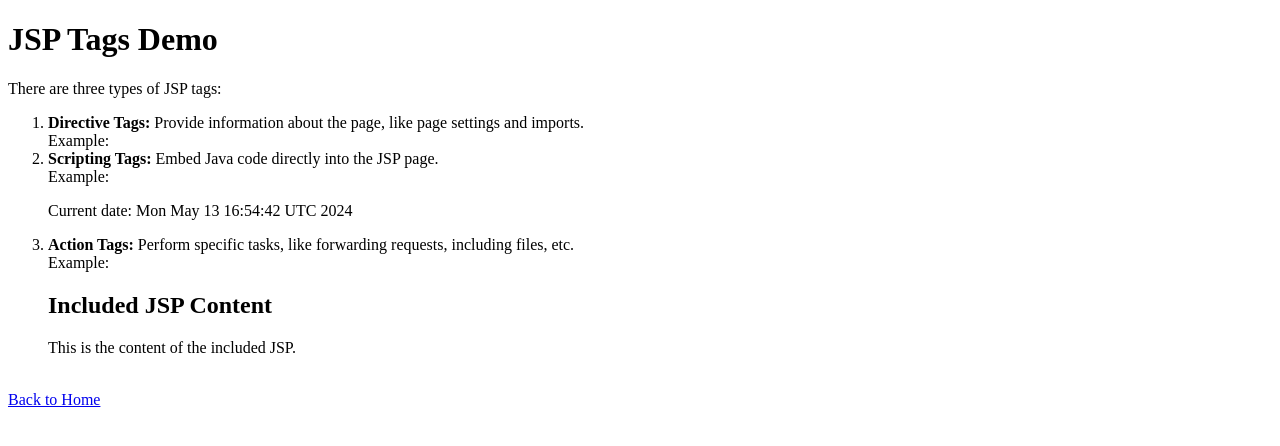
Repository: harshitp9989/ServletsAndJSP
Page: http://localhost/JSPProject/pages/JspTagsDemo.jsp
An editor plug-in stored every save of this project. The page is shown before and after the next save, followed by the edit.
The browser window is 1280 px wide. The pictures show the whole page.
The page is served by Tomcat 9.

Above is the page before, as saved 2024-05-15 16:31:08.

After the next save:
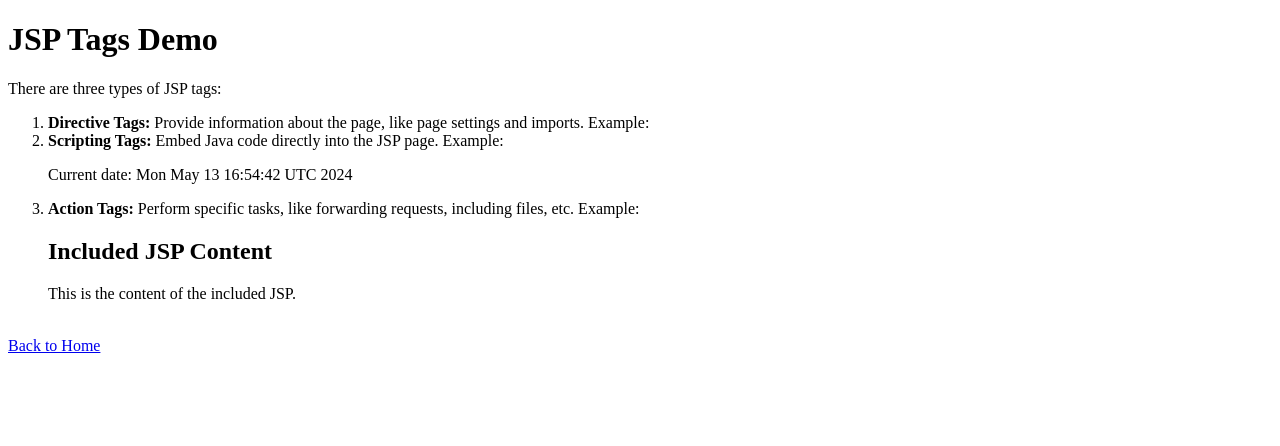
Saved 92 s later.
--- a/JSPProject/src/main/webapp/pages/JspTagsDemo.jsp
+++ b/JSPProject/src/main/webapp/pages/JspTagsDemo.jsp
@@ -1,34 +1,35 @@
 <%@ page language="java" contentType="text/html; charset=UTF-8"
 	pageEncoding="UTF-8"%>
 <!DOCTYPE html>
-<html>
+<html lang="en">
 <head>
-<meta charset="UTF-8">
-<title>JSP Tags Demo</title>
+    <meta charset="UTF-8">
+    <meta name="viewport" content="width=device-width, initial-scale=1.0">
+    <title>JSP Tags Demo</title>
 </head>
 <body>
-	<h1>JSP Tags Demo</h1>
-	<p>There are three types of JSP tags:</p>
-	<ol>
-		<li><strong>Directive Tags:</strong> Provide information about
-			the page, like page settings and imports.</li> Example:
-		<%-- Example of a page directive that sets the content type to HTML --%>
-		<%@ page language="java" contentType="text/html; charset=UTF-8"%>
+    <h1>JSP Tags Demo</h1>
+    <p>There are three types of JSP tags:</p>
+    <ol>
+        <li><strong>Directive Tags:</strong> Provide information about
+            the page, like page settings and imports. Example:
+            <%-- Example of a page directive that sets the content type to HTML --%>
+            <%@ page language="java" contentType="text/html; charset=UTF-8"%></li>
 
-		<li><strong>Scripting Tags:</strong> Embed Java code directly
-			into the JSP page.</li> Example:
-		<%-- Example of using a scripting tag to display the current date --%>
-		<% java.util.Date currentDate = new java.util.Date(); %>
-		<p>
-			Current date:
-			<%= currentDate %></p>
+        <li><strong>Scripting Tags:</strong> Embed Java code directly
+            into the JSP page. Example:
+            <%-- Example of using a scripting tag to display the current date --%>
+            <%
+            java.util.Date currentDate = new java.util.Date();
+            %>
+            <p>Current date: <%=currentDate%></p></li>
 
-		<li><strong>Action Tags:</strong> Perform specific tasks, like
-			forwarding requests, including files, etc.</li> Example:
-		<%-- Example of using an action tag to include the content of another JSP --%>
-		<jsp:include page="included.jsp" />
-	</ol>
-	<br>
-	<a href="../index.jsp">Back to Home</a>
+        <li><strong>Action Tags:</strong> Perform specific tasks, like
+            forwarding requests, including files, etc. Example:
+            <%-- Example of using an action tag to include the content of another JSP --%>
+            <jsp:include page="included.jsp" /></li>
+    </ol>
+    <br>
+    <a href="../index.jsp">Back to Home</a>
 </body>
 </html>
